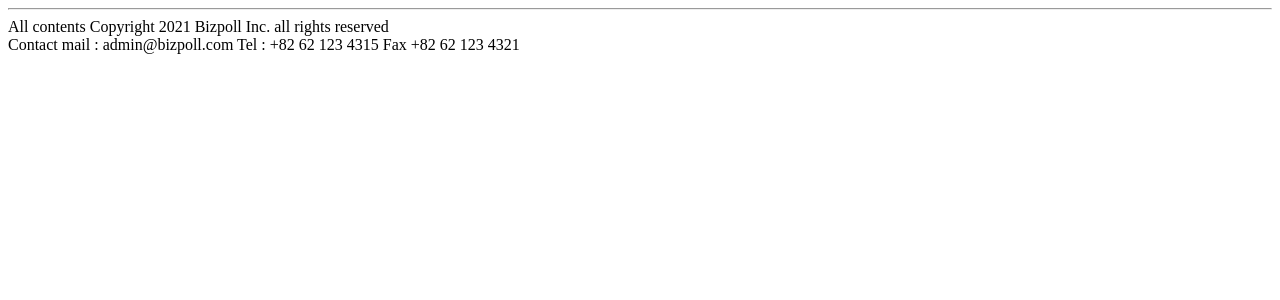
Repository: gpqls12321/public
Page: http://localhost/bizpoll/footer.jsp
The author's editor kept a copy of each file at every save. The page is drawn from the files as they stood at one save, then again after the next save.
The browser window is 1280 px wide. The pictures show the whole page.
The page is served by Tomcat 9.

Above is the page before, as saved 2021-04-20 02:07:54.

After the next save:
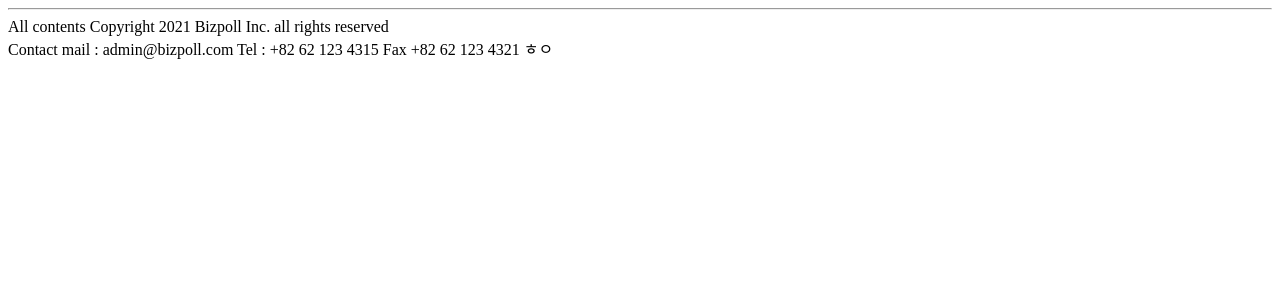
Saved 77 s later.
--- a/bizpoll/WebContent/footer.jsp
+++ b/bizpoll/WebContent/footer.jsp
@@ -12,7 +12,7 @@
 	<div id="copy">
 		All contents Copyright 2021 Bizpoll Inc. all rights reserved<br>
 		Contact mail : admin@bizpoll.com Tel : +82 62 123 4315
-		Fax +82 62 123 4321
+		Fax +82 62 123 4321 ㅎㅇ
 	</div>
 </footer>
 </body>

After the save that followed:
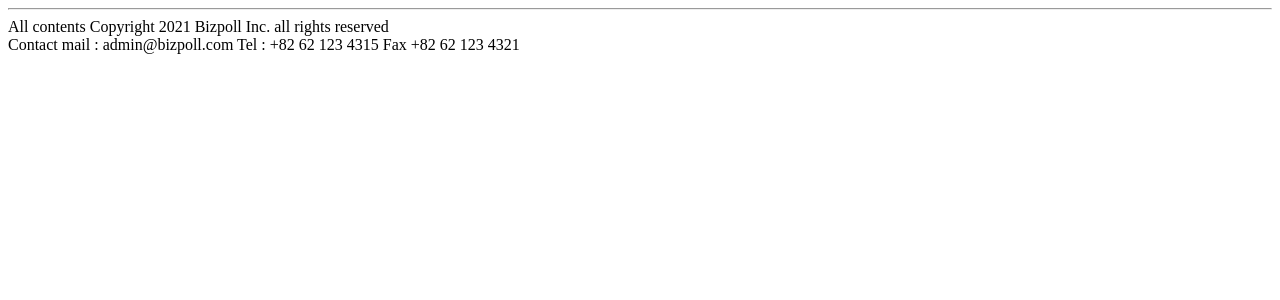
Saved 7 s later.
--- a/bizpoll/WebContent/footer.jsp
+++ b/bizpoll/WebContent/footer.jsp
@@ -12,7 +12,7 @@
 	<div id="copy">
 		All contents Copyright 2021 Bizpoll Inc. all rights reserved<br>
 		Contact mail : admin@bizpoll.com Tel : +82 62 123 4315
-		Fax +82 62 123 4321 ㅎㅇ
+		Fax +82 62 123 4321
 	</div>
 </footer>
 </body>
